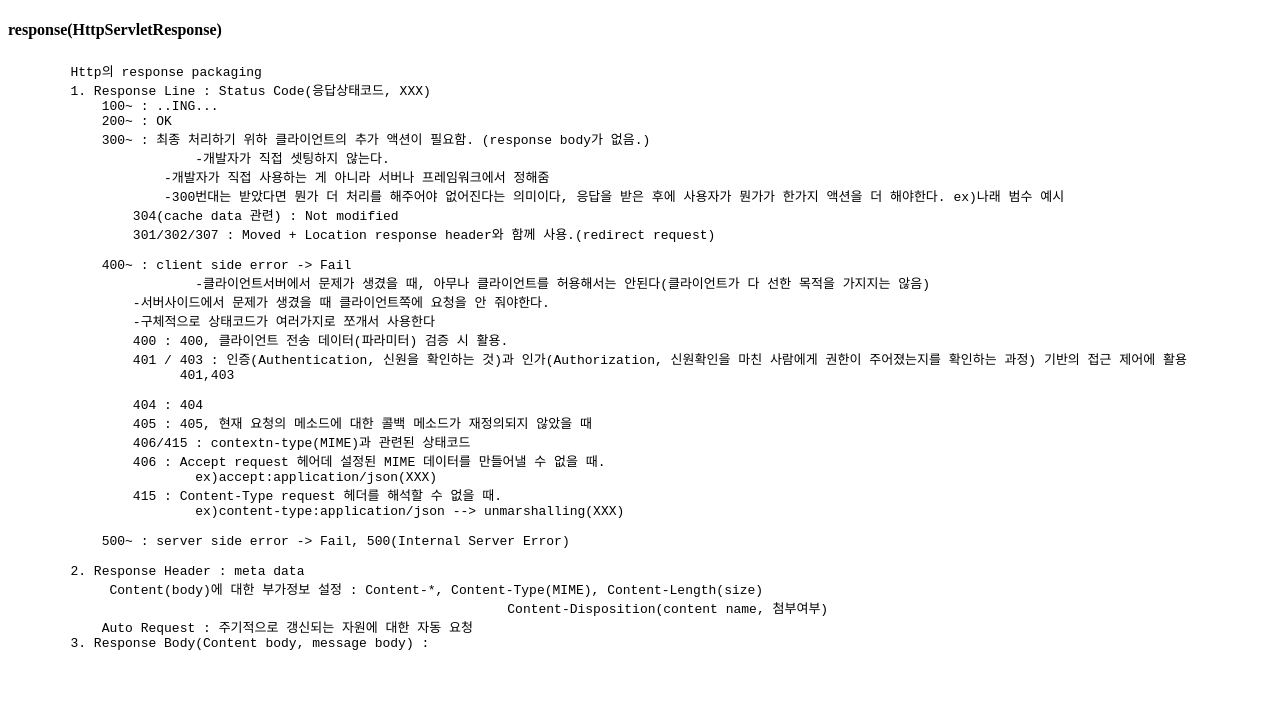
Repository: YOUNARAE/JSP
Page: http://localhost/WebStudy01/05/responseDesc.jsp
These files come from the project's save history. The page is drawn as it stood at one moment and after the next save; the edit follows.
The browser window is 1280 px wide. The pictures show the whole page.
The page is served by Tomcat 9.

Above is the page before, as saved 2022-12-13 06:42:07.

After the next save:
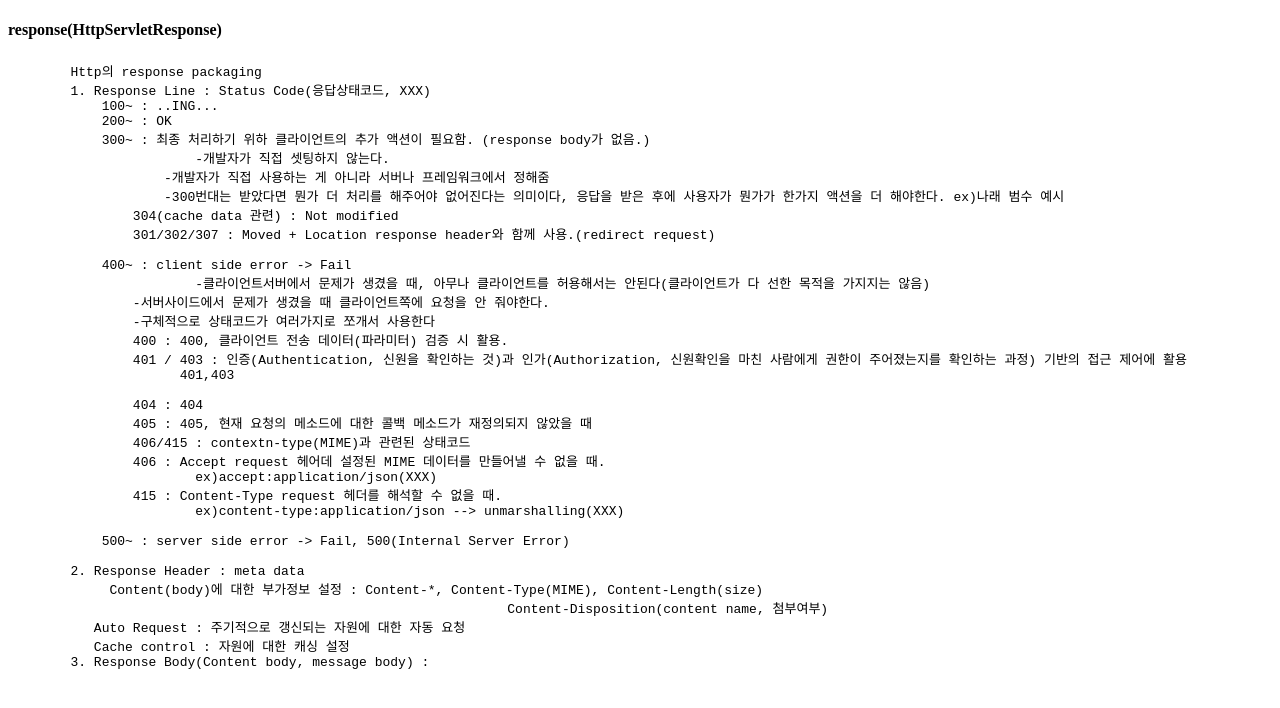
Saved 25 s later.
--- a/WebStudy01/src/main/webapp/05/responseDesc.jsp
+++ b/WebStudy01/src/main/webapp/05/responseDesc.jsp
@@ -47,7 +47,8 @@
 	2. Response Header : meta data
 	     Content(body)에 대한 부가정보 설정 : Content-*, Content-Type(MIME), Content-Length(size)
 	     							Content-Disposition(content name, 첨부여부)
-	    Auto Request : 주기적으로 갱신되는 자원에 대한 자동 요청
+	   Auto Request : 주기적으로 갱신되는 자원에 대한 자동 요청
+	   Cache control : 자원에 대한 캐싱 설정
 	3. Response Body(Content body, message body) :
 			<%--response.getWriter(), response.getOutputStream() , <%= %>, out -->--%>
 
